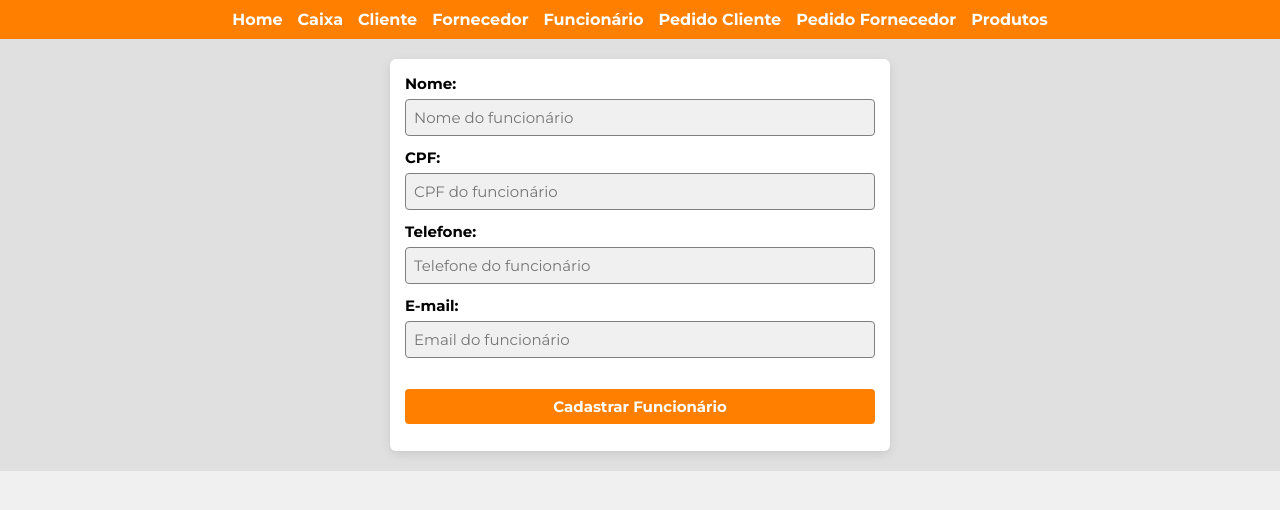
Repository: walterdmp/JavaWeb_BartoBotinas
Page: http://localhost/BartoBotinas/cadastrarFuncionario.jsp
These files come from the project's save history. The page is drawn as it stood at one moment and after the next save; the edit follows.
The browser window is 1280 px wide. The pictures show the whole page.
The page is served by Tomcat 9.

Above is the page before, as saved 2024-07-31 20:21:48.

After the next save:
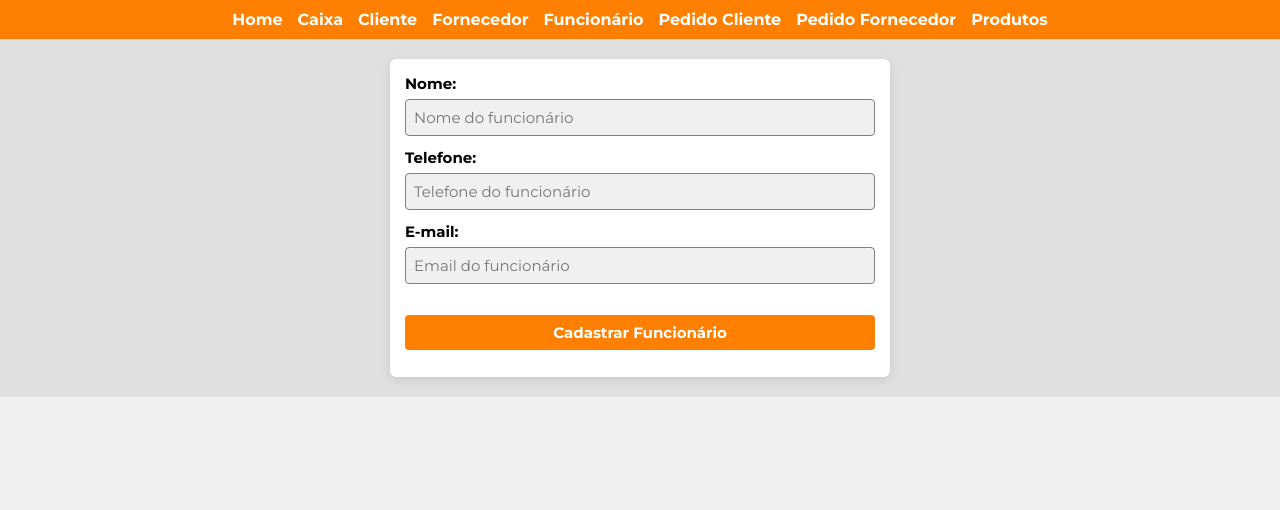
Saved 8 min 18 s later.
--- a/BartoBotinas/WebContent/cadastrarFuncionario.jsp
+++ b/BartoBotinas/WebContent/cadastrarFuncionario.jsp
@@ -27,10 +27,6 @@
 				<input type="text" id="nome" name="nome" placeholder="Nome do funcionário" required>
 			</div>
 			<div>
-				<label for="cpf"><strong>CPF:</strong></label>
-				<input type="text" id="cpf" name="cpf" placeholder="CPF do funcionário" required>
-			</div>
-			<div>
 				<label for="telefone"><strong>Telefone:</strong></label>
 				<input type="text" id="telefone" name="telefone" placeholder="Telefone do funcionário" required>
 			</div>

After the save that followed:
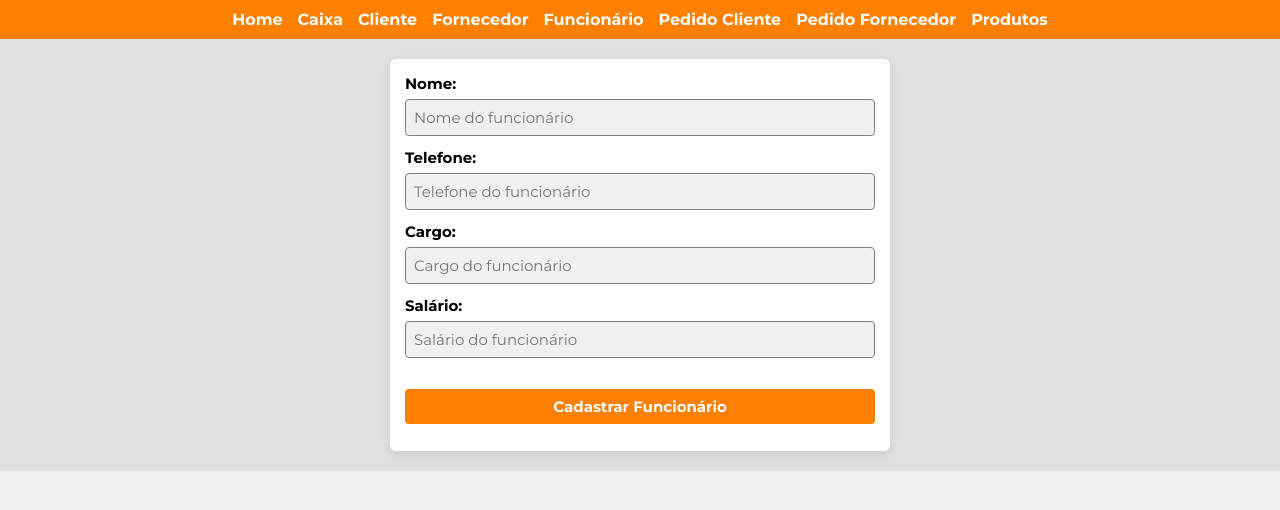
Saved 110 s later.
--- a/BartoBotinas/WebContent/cadastrarFuncionario.jsp
+++ b/BartoBotinas/WebContent/cadastrarFuncionario.jsp
@@ -31,8 +31,12 @@
 				<input type="text" id="telefone" name="telefone" placeholder="Telefone do funcionário" required>
 			</div>
 			<div>
-				<label for="email"><strong>E-mail:</strong></label>
-				<input type="email" id="email" name="email" placeholder="Email do funcionário" required>
+				<label for="cargo"><strong>Cargo:</strong></label>
+				<input type="text" id="cargo" name="cargo" placeholder="Cargo do funcionário" required>
+			</div>
+			<div>
+				<label for="salario"><strong>Salário:</strong></label>
+				<input type="text" id="salario" name="salario" placeholder="Salário do funcionário" required>
 			</div>
 			<br>
 			<div>
